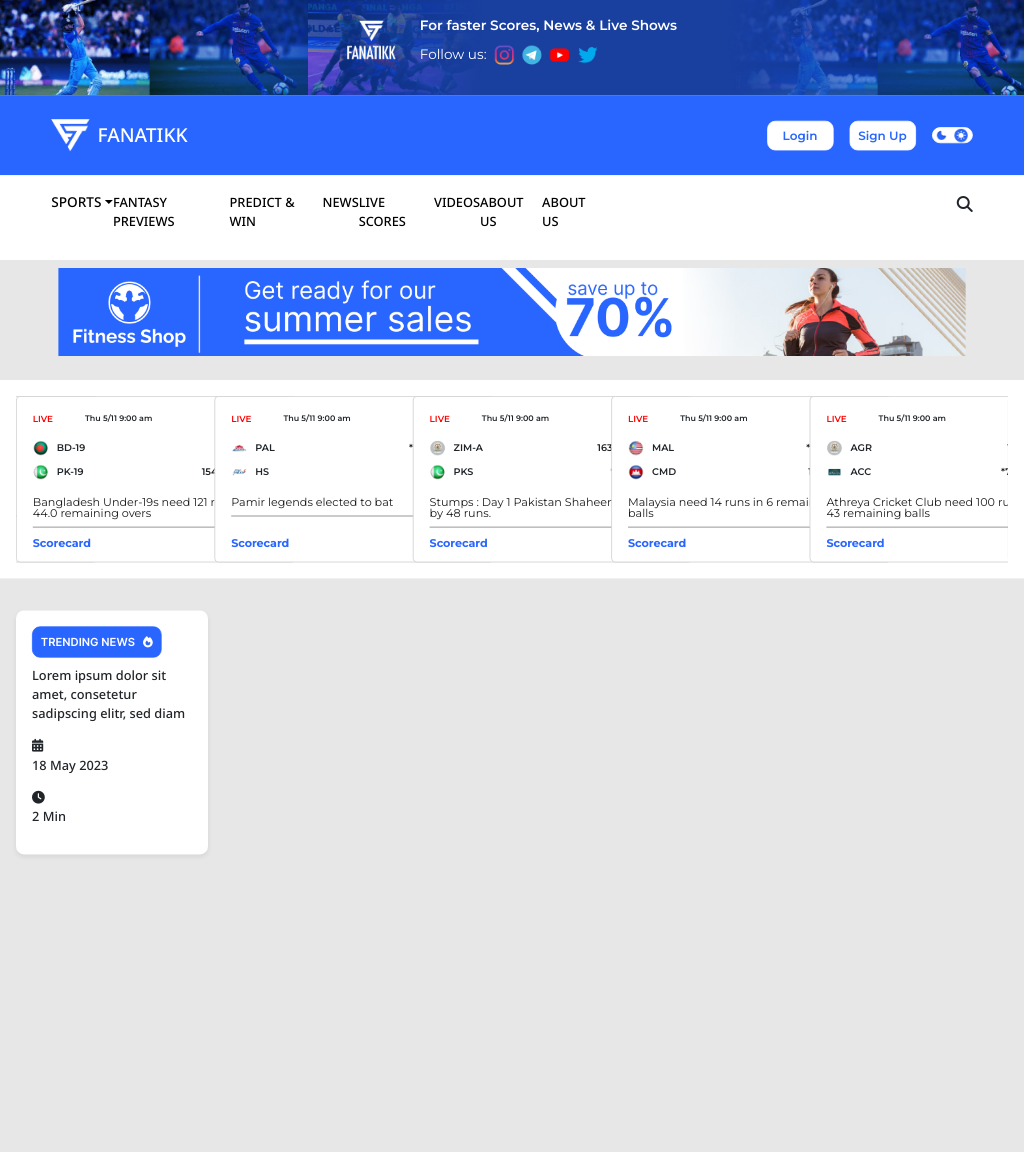
Repository: FlyweisReact/Kannapa
Page: /
These files come from the project's save history. The page is drawn as it stood at one moment and after a run of saves; the edit follows.
The browser window is 1280 px wide. The pictures show the whole page, at 80% of full size.
Some web libraries are served in a nearby version. The project was rebuilt for these pictures with package versions that can differ from the ones it lists, and the page was loaded fresh each time. Also part of the build but not shown: src/Components/Layout/Footer.js, src/Components/Sliders/Index-video-Slider.js, src/Components/firstScreen.jsx, src/Components/secondScreen.jsx, src/Components/thirdScreen.jsx, src/Components/fourthScreen.jsx, src/CSS/Footer.css.

Above is the page before, as saved 2023-06-03 13:34:22.

### public/index.html
<!DOCTYPE html>
<html lang="en">
  <head>
    <meta charset="utf-8" />
    <link rel="icon" href="%PUBLIC_URL%/favicon.ico" />
    <meta name="viewport" content="width=device-width, initial-scale=1" />
    <meta name="theme-color" content="#000000" />
    <meta
      name="description"
      content="Web site created using create-react-app"
    />
    <link rel="apple-touch-icon" href="%PUBLIC_URL%/logo192.png" />

    <link rel="manifest" href="%PUBLIC_URL%/manifest.json" />
    <link href="https://fonts.googleapis.com/css2?family=Roboto+Mono:ital,wght@1,300&display=swap" rel="stylesheet">
    <title>React App</title>
  </head>
  <body>
    <noscript>You need to enable JavaScript to run this app.</noscript>
    <div id="root"></div>
    <script src="https://code.jquery.com/jquery-3.6.0.min.js"></script>
    <script src="https://kit.fontawesome.com/b533b351e4.js" crossorigin="anonymous"></script>
  </body>
</html>

### src/index.js
import React from 'react';
import ReactDOM from 'react-dom/client';
import './index.css';
import App from './App';
import {BrowserRouter} from "react-router-dom";
import 'bootstrap/dist/css/bootstrap.min.css';
import 'slick-carousel/slick/slick.css';
import 'slick-carousel/slick/slick-theme.css';

const root = ReactDOM.createRoot(document.getElementById('root'));
root.render(
  <React.StrictMode>
    <BrowserRouter>
      <App />
    </BrowserRouter>
  </React.StrictMode>
);

### src/index.css
/* Fonts */
@font-face {
  font-family:  Noto Sans;
  src: url(../Fonts/NotoSans-Medium.ttf);
}
@font-face {
  font-family:  Montserrat;
  src: url(../Fonts/Montserrat-Italic-VariableFont_wght.ttf);
}
@font-face {
  font-family:  MontserratNormal;
  src: url(../Fonts/Montserrat-VariableFont_wght.ttf);
}
@font-face {
  font-family:  Inter;
  src: url(../Fonts/Inter-VariableFont_slnt\,wght.ttf);
}

/* Var() */
:root {
  --mediumFont: 24px;
}


body {
  margin: 0;
  font-family: NOto Sans;
  background-color: #e7e7e7 !important;
}
* {
  padding: 0;
  margin: 0;
  font-family: Noto Sans;
}
code {
  font-family:Noto Sans;
}
html{
  font-family: Noto Sans;
}

/* === first screen styling ====*/



.second1 {
  display: flex;
  justify-content: space-between;
  margin-left: 5%;
  width: 90%;
  margin-top: 30px;
  gap: 20px;
}
.second1l {
  width: 70%;
}
.second2 {
  background-color: #fff;
}
.second2 img {
  width: 100%;
}
.second2 p {
  font-family: "Segoe UI";
  font-style: normal;
  font-weight: 400;
  font-size: 19.5298px;
  line-height: 25px;
  text-align: left;
  color: #1d1d1d;
}

.second2 h2 {
  font-family: "Segoe UI";
  font-style: normal;
  font-weight: 700;
  font-size: 30.8351px;
  line-height: 53px;
  text-align: left;
  color: #1d1d1d;
}

.second2 h5 {
  font-family: "Segoe UI";
  font-style: normal;
  font-weight: 400;
  font-size: 20.6316px;
  line-height: 39px;
  text-align: left;
  color: #1d1d1d;
  margin: 5px;
}
.second2 h6 {
  text-align: left;
  font-weight: 400;
  font-size: 21.3053px;
  line-height: 29px;
  margin-top: 5px;
}
.sp {
  color: #2965ff;
}
.second1r {
  width: 30%;
}
.second3 {
  background-color: #fff;
  width: 100%;
  box-shadow: 0px 3.6px 7.2px rgba(0, 0, 0, 0.08);
  border-radius: 12px;
}
.second3 button {
  width: 123.8px;
  height: 44.2px;
  background: #2965ff;
  border-radius: 12px;
  color: #fff;
  border: none;
  margin-left: 0px;
  margin-top: 5px;
  margin-bottom: 5px;
}

.second4 {
  margin: 2px;
}
.second4 img {
  width: 100%;
  height: 200px;
  display: flex;
  flex-direction: column;
}
.second4 h6 {
  font-family: "Montserrat";
  font-style: normal;
  font-weight: 900;
  font-size: 13.2px;
  line-height: 17px;
  text-align: left;
  color: #1d1d1d;
  margin-top: 8px;
}
.second4 h3 {
  font-family: "Montserrat";
  font-style: normal;
  font-weight: 600;
  font-size: 22px;
  line-height: 31px;
  text-align: left;
  color: #1d1d1d;
  margin-top: 10px;
}

.horizontal {
  border: 1px solid #e6e6e6;
}

.second5 {
  display: flex;
  justify-content: space-between;
  margin-top: 10px;
  gap: 10px;
  width: 100%;
}
.second5l {
  width: 49%;
}
.second5r {
  width: 49%;
}
.second5l img {
  width: 100%;
  padding: 10px;
  border-radius: 12px;
}
.second5r {
  padding: 10px;
}
.second5r h6 {
  font-family: "Montserrat";
  font-style: normal;
  font-weight: 900;
  font-size: 13.2px;
  line-height: 17px;
  text-align: left;
  color: #1d1d1d;
}
.second5r p {
  font-family: "Montserrat";
  font-style: normal;
  font-weight: 600;
  font-size: 20.6px;
  line-height: 26px;
  text-align: left;
  color: #1d1d1d;
  margin-top: 5px;
}

.second6 {
  margin-top: 20px;
  width: 100%;
}
.second6 img {
  width: 100%;
}
.sec3 {
  margin-top: 40px;
}
.sec2 {
  margin-top: 40px;
}

.third1 {
  display: block;
  justify-content: center;
  gap: 20px;
  width: 90%;
  margin: auto;
  margin-top: 40px;

  background-color: #fff;
}
.third2 {
  width: 10%;
  height: 40px;
  background: #2965ff;
  border-radius: 4px;
  border: none;
  margin-top: 10px;
  margin-bottom: 10px;
  margin-right: 10px;
  color: #fff;
  font-family: "Noto Sans";
  font-style: normal;
  font-weight: 700;
  font-size: 14px;
  line-height: 19px;
  color: #ffffff;
}

.third3 {
  width: 10%;
  height: 40px;
  background: #bfbfbf;
  border-radius: 4px;
  border: none;
  margin-top: 10px;
  margin-bottom: 10px;
  margin-right: 10px;
  color: #fff;
  font-family: "Noto Sans";
  font-style: normal;
  font-weight: 700;
  font-size: 14px;
  line-height: 19px;
  color: #1d1d1d;
}

.third4 {
  display: flex;
  gap: 20px;
  justify-content: space-between;
  width: 90%;
  margin: auto;
  margin-top: 30px;
}
.third4l {
  width: 70%;
}
.third4r {
  width: 30%;
}
.third5 {
  display: flex;
  justify-content: space-between;
  background-color: #fff;
  height: 40px;
}
.third5 p {
  font-family: "Montserrat";
  font-style: normal;
  font-weight: 600;
  font-size: 16.7639px;
  line-height: 35px;
  margin-left: 20px;
  color: #1d1d1d;
  margin-bottom: 5px;
  margin-top: 10;
}
.third5 button {
  width: 10%;
  background: #2965ff;
  border-radius: 4px;
  border: none;
  color: #fff;
  height: 35px;
}
.third6 {
  display: grid;
  grid-template-columns: auto auto;
  margin-top: 20px;
  gap: 20px;
}
.third6itm {
  height: 100%;
  background: #ffffff;
  border: 1px solid #bfbfbf;
  box-shadow: 0px 2.21114px 4.42229px rgba(0, 0, 0, 0.08);
  border-radius: 11.0557px;
}
.third7 {
  display: flex;
  justify-content: space-between;
  width: 96%;
  margin: auto;
  margin-top: 20px;
}
.third7l {
  display: flex;
  gap: 10px;
}
.third7l img {
  height: 40px;
}
.third7 h5 {
  font-weight: 700;
  font-size: 20.478px;
  line-height: 21px;
  color: #000000;
  margin-top: 5px;
}
.third6itm h4 {
  font-family: "Arial";
  font-style: normal;
  font-weight: 600;
  font-size: 22.6891px;
  line-height: 22px;
  text-align: left;
  color: #000000;
  margin-top: 10px;
  margin-left: 6px;
}
.third6itm p {
  font-family: "Arial";
  font-weight: 400;
  font-size: 14.3724px;
  line-height: 20px;
  text-align: left;
  margin-top: 10px;
  margin-left: 6px;
  color: #2965ff;
}
.third6itm button {
  background: #2965ff;
  border-radius: 4.42229px;
  font-family: "Arial";
  font-style: normal;
  font-weight: 700;
  font-size: 24px;
  line-height: 19px;
  color: #ffffff;
  text-align: center;
  margin-top: 20px;
  width: 50%;
  height: 60px;
  border: none;
  margin-right: 46%;
}
.th5 {
  margin-top: 30px;
}

.third8 {
  background-color: #fff;
  border: 1px solid #bfbfbf;
}
.third9 {
  display: flex;
  justify-content: left;
  margin-left: 2%;
  margin-top: 10px;
}
.third9 button {
  background: #2965ff;
  border-radius: 10px;
  width: 30%;
  height: 40px;
  border: none;
  color: #fff;
}
.third10 {
  width: 95%;
  margin: auto;
  margin-top: 10px;
}
.third10 h4 {
  font-family: "Montserrat";
  font-style: normal;
  font-weight: 400;
  font-size: 24.1067px;
  line-height: 30px;
  text-align: left;
  color: #1d1d1d;
}
.third10 p {
  font-family: "Montserrat";
  font-style: normal;
  font-weight: 300;
  font-size: 14.9333px;
  line-height: 22px;
  text-align: left;
  color: #1d1d1d;
  margin-top: 12px;
}

.horizontal2 {
  width: 95%;
  margin: auto;
  border: 1px solid #bfbfbf;
  margin-top: 20px;
}
.third11 {
  margin-top: 20px;
  margin-bottom: 20px;
  font-family: "Montserrat";
  font-style: normal;
  font-weight: 700;
  font-size: 30.52px;
  line-height: 32px;
  color: #2965ff;
}

.third12 {
  margin-top: 30px;
  width: 100%;
}
.third12 img {
  width: 100%;
}

.third13 {
  margin-top: 30px;
  background-color: #fff;
}
.third14 {
  margin-top: 10px;
  width: 90%;
  margin: auto;
  display: flex;
}
.third14 button {
  border: none;
  background: #2965ff;
  border-radius: 10px;
  height: 40px;
  width: 40%;
  font-family: "Inter";
  font-style: normal;
  font-weight: 700;
  font-size: 15px;
  line-height: 25px;
  color: #ffffff;
}
.third15 {
  width: 90%;
  margin: auto;
  margin-top: 20px;
}
.third15 img {
  width: 100%;
}
.third15 h4 {
  font-family: "Montserrat";
  font-style: normal;
  font-weight: 700;
  font-size: 20.1067px;
  line-height: 26px;
  text-align: left;
  color: #1d1d1d;
  margin-top: 8px;
}
.third15 p {
  text-align: left;
  margin-top: 6px;
  font-family: "Montserrat";
  font-style: normal;
  font-weight: 300;
  font-size: 12.9333px;
  line-height: 32px;
  color: #1d1d1d;
}

.fourth1 {
  display: flex;
  width: 90%;
  margin: auto;
  margin-top: 30px;
  justify-content: space-between;
  gap: 20px;
}
.fourth1l {
  width: 70%;
}
.fourth1r {
  width: 30%;
}

.fourth2 {
  background: #0c1f4f;
}
.fourth3 {
  margin-top: 5px;
  padding-top: 10px;
  margin-left: 20px;
  display: flex;
  gap: 20px;
}
.fourth3 img {
  width: 50px;
}
.fourth3 h2 {
  font-family: "Noto Sans";
  font-style: normal;
  font-weight: 600;
  font-size: 20.04px;
  line-height: 25px;

  color: #ffffff;
}

.fourth3 p {
  font-family: "Noto Sans";
  font-style: normal;
  font-weight: 700;
  font-size: 15.48px;
  line-height: 18px;
  color: #ffffff;
  margin-bottom: 10px;
}

.fourth4 {
  background: #2965ff;
  box-shadow: 0px 1.64px 6.56px rgba(0, 0, 0, 0.08);
}

.fourth5 {
  display: flex;
  justify-content: space-between;
  margin-left: 5%;
  padding-top: 20px;
  width: 70%;
}
.fourth6 {
  display: flex;
  gap: 10px;
}
.fourth6 img {
  width: 50px;
  height: 50px;
}
.fourth6 h4 {
  margin-top: 10px;
  font-family: "Noto Sans";
  font-style: normal;
  font-weight: 700;
  font-size: 24.04px;
  line-height: 25px;
  color: #ffffff;
}
.fourth5 h2 {
  font-family: "Noto Sans";
  font-style: normal;
  font-weight: 700;
  font-size: 24.04px;
  line-height: 25px;
  color: #ffffff;
  margin-top: 10px;
}

.fourthP {
  margin-left: 15px;
  margin-top: 20px;
  padding-bottom: 20px;
  font-family: "Noto Sans";

  font-weight: 300;
  font-size: 18.3px;
  line-height: 22px;
  color: #ffffff;
}

.fourth7 {
  margin-top: 30px;
}
.fourth8 {
  width: 100%;
}
thead {
  background-color: #2965ff;
  height:30px;
  color: #fff;
}
.fourth9 {
  display: flex;
  gap: 10px;
}
.fourth9 img {
  width: 60px;
  height: 60px;
}
.fourth10 {
  display: flex;
  gap: 5px;
  flex-direction: column;
  margin-top: 12px;
}
.fourth10 h6{
  font-family: 'Noto Sans';
  font-style: normal;
  font-weight: 700;
  font-size: 15.9151px;
  line-height: 18px;
  color: #1D1D1D;
}
.fourth10 p{
  font-family: 'Noto Sans';
  font-style: normal;
  font-weight: 600;
  font-size: 13.6415px;
  line-height: 18px;

  color: rgba(29, 29, 29, 0.5);
  opacity: 0.5;
}

### src/CSS/Navbar.css
/**
 * === navbar styling ====
 *
 * @format
 */
.Stick-navbar{
    height: 100%;
    transition: box-shadow 0.3s ease;
    height: 100px;
}
.Navbar {
  display: flex;
  justify-content: space-between;
  background: #2965ff;
  padding: 20px;
  width: 100%;
  gap: 20px;
  position: fixed !important;
  top: 0;
  z-index: 999;
  transition: box-shadow 0.3s ease;
  align-items: center;
}

.Navbar .Left_Container {
  width: 30%;
}
.Navbar .Left_Container .Logo_Div {
  display: flex;
  gap: 10px;
  justify-content: center;
  align-items: center;
}
.Navbar .Left_Container .Logo_Div p {
  color: #fff;
  font-size: var(--mediumFont);
  margin: 0;
}
.Navbar .Left_Container .Logo_Div img {
  width: 47.73px;
  height: 40px;
}

.Navbar .Right_Container {
  width: 70%;
  display: flex;
  justify-content: center;
  gap: 40px;
}
.Navbar .Right_Container .Item {
  display: flex;
  justify-content: baseline;
}

.Navbar .Right_Container .Item p {
  font-size: 16px;
  cursor: pointer;
  color: #ffffff;
  padding-top: 2px;
}

.Navbar .Right_Container .Item .DropDown {
  border: none;
  color: #fff;
  font-size: 17px;
  cursor: pointer;
  color: #ffffff;
  margin: 0;
  padding: 0;
}
.Navbar .Right_Container .Item .fa-magnifying-glass {
  color: #fff;
  font-size: 18px;
  cursor: pointer;
  padding-top: 7px;
}
.Navbar .Right_Container .Item .Toggle{
  width: 51.43px;
  height: 19.03px;
  display: flex;
  justify-content: space-between;
  align-items: center;
  padding-left: 5px;
  padding-right: 5px;
  border-radius: 10px;
  background-color: #fff;
  border: 1px solid #fff;
  cursor: pointer;
  align-items: center;
  margin-top: 8px;
}


/* Header 2 */
.Header1 {
  background-image: url("../../public/Images/22.png");
  color: #ffffff;
  width: 100%;
  background-repeat: no-repeat;
  background-size: cover;
  height: 119px;
  padding: 20px;
}
.Header1 .Main {
  display: flex;
  align-items: center;
  justify-content: center;
  gap: 30px;
}
.Header1 .Main p {
  margin: 0;
}
.Header1 .Main .Head {
  font-family: MontserratNormal;
  font-weight: 600;
  font-size: 17px;
  color: #ffffff;
}

.Header1 .Main .Two {
  display: flex;
  gap: 10px;
  margin-top: 10px;
  align-items: center;
}
.Header1 .Main .Two p {
  font-family: MontserratNormal;
  font-style: normal;
  font-weight: 400;
  font-size: 17px;
  line-height: 17px;
  color: #ffffff;
}
.Header1 .Main .Social {
  display: flex;
  gap: 10px;
  align-items: center;
}

/* Fading Navbar */

.Fading_Nav {
  display: flex;
  justify-content: space-between;
  background: #2965ff;
  padding: 30px;
  width: 100%;
  gap: 20px;
  align-items: center;
  padding-left: 5%;
  padding-right: 5%;
}

.Fading_Nav .Left_Container {
  width: 30%;
}
.Fading_Nav .Left_Container .Logo_Div {
  display: flex;
  gap: 10px;
  justify-content: flex-start;
  align-items: center;
}
.Fading_Nav .Left_Container .Logo_Div p {
  color: #fff;
  font-size: var(--mediumFont);
  margin: 0;
}
.Fading_Nav .Left_Container .Logo_Div img {
  width: 47.73px;
  height: 40px;
}

.Fading_Nav .Right_Container {
  width: 70%;
  display: flex;
  justify-content: flex-end;
  gap: 20px;
  align-items: center;
}
.Fading_Nav .Right_Container button {
  font-family: MontserratNormal;
  font-style: normal;
  font-weight: 600;
  width: 83px;
  height: 37px;
  border-radius: 10px;
  font-size: 15px;
  line-height: 19px;
  color: #2965ff;
  background-color: #fff;
  border: 1px solid #fff;
  cursor: pointer;
}
.Fading_Nav .Right_Container .Toggle {
  width: 51.43px;
  height: 19.03px;
  display: flex;
  justify-content: space-between;
  align-items: center;
  padding-left: 5px;
  padding-right: 5px;
}


/* Fading Category */
.Fading_Category{
    display: flex;
    justify-content: space-between;
    padding: 20px;
    background-color: #fff;
    padding-left: 5%;
    padding-right: 5%;
}
.Fading_Category .Left_Container {
    display: flex;
    justify-content: space-between;
    width: 60%;
}

.Fading_Category .Left_Container .Item {
    display: flex;
    justify-content: baseline;
  }

  .Fading_Category .Left_Container .Item p {
    font-size: 16px;
    cursor: pointer;
    color: #000;
    padding-top: 2px;
  }

  .Fading_Category .Left_Container .Item .DropDown {
    border: none;
    font-size: 17px;
    cursor: pointer;
    color: #000;
    margin: 0;
    padding: 0;
    border: none;
  }

.Fading_Category .Right_Container i{
    font-size: 20px;
    padding-top: 7px;
}


/* Fading Effect */
.HomePage{
    min-height: 200vh;
}
.fade-out{
    opacity: 0;
    transition: opacity 0.5s;
    height: 0;
    overflow: hidden;
}
.fade-in{
    opacity: 1;
    transition: opacity 0.5s;
    height: auto;
    overflow: hidden;
    width: 100%;
}

### src/CSS/Component.css
/** @format */

/* Fading Header */

/* Home Screen */
.Index_Center_Banner {
  width: 100%;
  padding: 10px;
}

.Index_Center_Banner img {
  width: 90%;
  display: block;
  margin: auto;
}

.Index_Center_GIF {
  width: 100%;
  padding: 10px;
}

.Index_Center_GIF img {
  width: 90%;
  display: block;
  margin: auto;
  height: 500px;
}

.Index_Center_Desc {
  display: flex;
  width: 90%;
  padding: 10px;
  margin: auto;
}

.Index_Center_Desc .Main_Comp {
  text-align: left;
}
.Index_Center_Desc .Main_Comp .head {
  font-size: 36px;
  color: #1d1d1d;
  text-shadow: 0px 1px 1px rgba(37, 37, 37, 0.5);
  margin: 0;
}

.Index_Center_Desc .Main_Comp .Two_Sec {
  display: flex;
  gap: 10px;
  align-items: flex-start;
}
.Index_Center_Desc .Main_Comp .Two_Sec img {
  height: 20px;
  margin-top: 4px;
}

.Index_Center_Desc .Main_Comp .Two_Sec p {
  color: rgba(29, 29, 29, 0.6);
  text-shadow: 0px 1px 1px rgba(37, 37, 37, 0.5);
  font-style: italic;
}

.Index_Center_Desc .Main_Comp .desc p {
  font-size: 16px;
  line-height: 24px;
  align-items: center;
  color: rgba(29, 29, 29, 0.6);
  max-width: 60%;
  font-style: italic;
  margin: 0;
}
.first5 p u {
  color: #333;
}

.Index_Logo_Div {
  display: flex;
  justify-content: space-between;
  align-items: center;
  width: 90%;
  margin: auto;
  padding-top: 10px;
  padding-bottom: 10px;
}
.Index_Logo_Div .Left_Comp {
  display: flex;
  gap: 10px;
  align-items: center;
}
.Index_Logo_Div .Right_Comp img {
  cursor: pointer;
}

.Index_Video_Slider {
  width: 90%;
  display: block;
  margin: auto;
  padding-top: 10px;
  padding-bottom: 10px;
}

.Video_Slider {
  width: 100%;
  /* padding: 20px; */
  display: block;
  margin: auto;
}
.Video_Slider .Main_Item {
  background: #ffffff;
  border: 1px solid #1d1d1d;
  border-radius: 10px;
  height: 400px;
}
.Video_Slider .Main_Item img {
  width: 100%;
  border-radius: 10px 10px 0px 0px;
}
.Video_Slider .Main_Item p {
  padding: 10px;
  font-family: Montserrat;
  font-size: 15px;
  line-height: 18px;
  color: #1d1d1d;
}
.Video_Slider .Main_Item:focus {
  outline: none;
}

.Index_Center_Button {
  width: 90%;
  display: block;
  margin: auto;
  padding-top: 10px;
  padding-bottom: 10px;
  margin-top: 2%;
  position: relative;
}
.Index_Center_Button button {
  font-family: Montserrat;
  font-size: 16px;
  line-height: 20px;
  text-transform: uppercase;
  width: 256px;
  color: #ffffff;
  background: #2965ff;
  border: 1px solid #2965ff;
  border-radius: 25px;
  padding: 10px;
  display: block;
  margin: auto;
}

.Index_Center_Button .empty {
  height: 4px !important;
  position: absolute;
  top: 50%;
  left: 50%;
  transform: translate(-50%, -50%);
  z-index: -1;
  background-color: #2965ff;
  width: 100%;
}

.Index_Three_Cont {
  width: 90%;
  display: grid;
  grid-template-columns: auto auto auto;
  gap: 20px;
  margin: auto;
  padding-top: 20px;
}
.Index_Three_Cont .Main_Component .head {
  font-family: Montserrat;
  font-style: normal;
  font-weight: 700;
  font-size: 22.3418px;
  line-height: 30px;
  color: #1d1d1d;
}
.Index_Three_Cont .Main_Component img {
  width: 100%;
}
.Index_Three_Cont .Main_Component .desc {
  font-family: Montserrat;
  font-style: normal;
  font-weight: 300;
  font-size: 15.9584px;
  line-height: 40px;
}

/* Score_Card_Slider */
.ScoreCard_Slider {
  background-color: #ffffff;
  padding: 20px;
  margin-top: 20px;
  margin-bottom: 20px;
}
.ScoreCard_Slider .Main_Item {
  border: 1px solid #cfcfcf;
  background-color: #fff;
  border-radius: 5px;
  padding: 20px;
  width: 350px !important;
  height: 208px !important;
  position: relative;
}
.ScoreCard_Slider .Main_Item .two_Sec {
  display: flex;
  gap: 40px;
  align-items: center;
  margin-bottom: 20px;
}
.ScoreCard_Slider .Main_Item .two_Sec p {
  margin: 0;
  font-family: MontserratNormal;
  font-style: normal;
  font-weight: 600;
  font-size: 10px;
  line-height: 14px;
}
.ScoreCard_Slider .Main_Item .two_Sec .first {
  margin: 0;
  font-family: MontserratNormal;
  font-style: normal;
  font-weight: 600;
  font-size: 11px;
  line-height: 14px;
  color: #ff0000;
}
.ScoreCard_Slider .slick-next:before {
  display: none !important;
}

.ScoreCard_Slider .Main_Item .Flags_Div {
  display: flex;
  justify-content: space-between;
  align-items: center;
  gap: 10px;
  margin-top: 10px;
}

.ScoreCard_Slider .Main_Item .Flags_Div div {
  display: flex;
  gap: 10px;
  align-items: center;
}
.ScoreCard_Slider .Main_Item .Flags_Div div p {
  margin: 0;
  font-family: MontserratNormal;
  font-style: normal;
  font-weight: 600;
  font-size: 12px;
  line-height: 17px;
}
.ScoreCard_Slider .Main_Item .desc {
  color: #1d1d1d;
  font-family: MontserratNormal;
  font-style: normal;
  font-weight: 400;
  font-size: 14px;
  line-height: 14px;
  width: 90%;
  margin: 0;
  margin-top: 20px;
}
.ScoreCard_Slider .Main_Item .empty {
  background-color: #bfbfbf;
  width: 100%;
  height: 2px;
  margin-top: 10px;
}
.ScoreCard_Slider .Main_Item .Scorecard {
  font-family: MontserratNormal;
  font-style: normal;
  font-weight: 700;
  font-size: 14px;
  line-height: 14px;
  position: absolute;
  letter-spacing: -0.11px;
  color: #2965ff;
  bottom: 0;
}

/* Index_Three_Sec_Layout */
.Index_Three_Sec_Layout {
  width: 100%;
  padding: 20px;
  display: flex;
  gap: 20px;
}
.Index_Three_Sec_Layout .left_Comp {
  width: 20%;
}
.Index_Three_Sec_Layout .Mid_Comp {
  width: 60%;
}
.Index_Three_Sec_Layout .Right_Comp {
  width: 20%;
}

.Index_Three_Sec_Layout .left_Comp .Trading_News {
  background-color: #fff;
  padding: 20px;
  box-shadow: 0px 3px 6px rgba(0, 0, 0, 0.08);
border-radius: 10px;
}
.Index_Three_Sec_Layout .left_Comp .Trading_News button {
  background-color: #2965ff;
  color: #fff;
  border: 1px solid #2965ff;
  text-transform: uppercase;
  border-radius: 10px;
  font-style: normal;
  font-weight: 600;
  font-size: 14px;
  line-height: 17px;
  font-family: Inter;
  padding: 10px;
  display: flex;
  gap: 10px;
  align-items: center;
}

.Index_Three_Sec_Layout .left_Comp .Trading_News .desc{
  margin-top: 10px;
}
.Index_Three_Sec_Layout .left_Comp .Trading_News .desc .head{
  margin-top: 10px;
}

Loaded but not shown: src/App.css (common file); src/Components/Sliders/ScoreCard.js (443 lines, source omitted); src/Pages/HomeScreen.js (83 lines, source omitted); src/Components/Layout/Navbar.js (71 lines, source omitted); src/Components/Layout/FadingNav/FadingCategory.js (57 lines, source omitted); src/App.js (32 lines, source omitted); src/Components/Layout/FadingNav/FadingNav.js (27 lines, source omitted); src/Components/Layout/FadingNav/Header1.js (32 lines, source omitted)

After the next 3 saves:
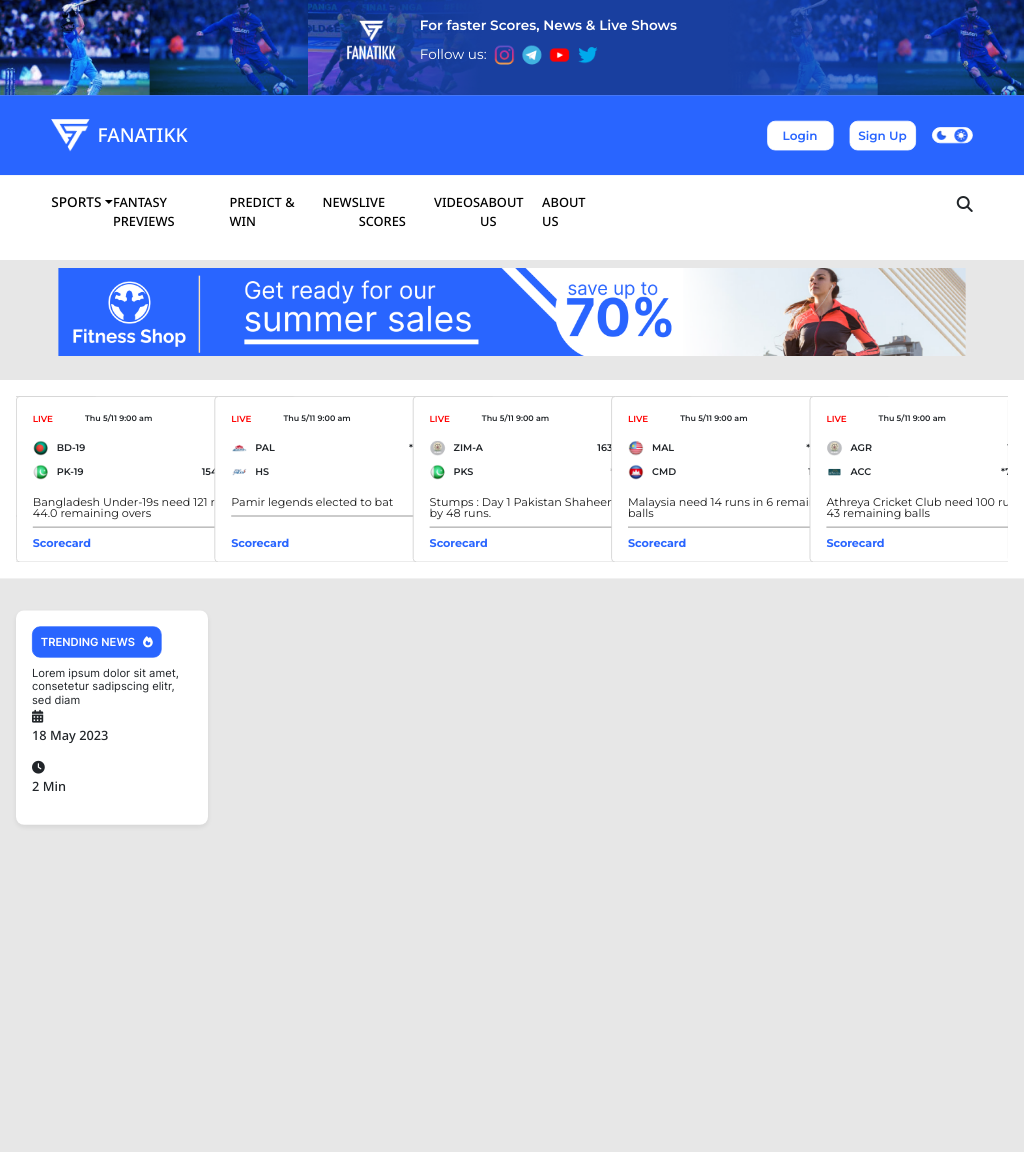
The 3 saves are shown as one change because they came seconds apart.
The last was saved 14 s later.
--- a/src/CSS/Component.css
+++ b/src/CSS/Component.css
@@ -324,5 +324,10 @@ border-radius: 10px;
   margin-top: 10px;
 }
 .Index_Three_Sec_Layout .left_Comp .Trading_News .desc .head{
-  margin-top: 10px;
-}
+  font-family: Inter;
+  font-style: normal;
+  font-weight: 400;
+  font-size: 14px;
+  line-height: 17px;
+margin: 0;
+}
